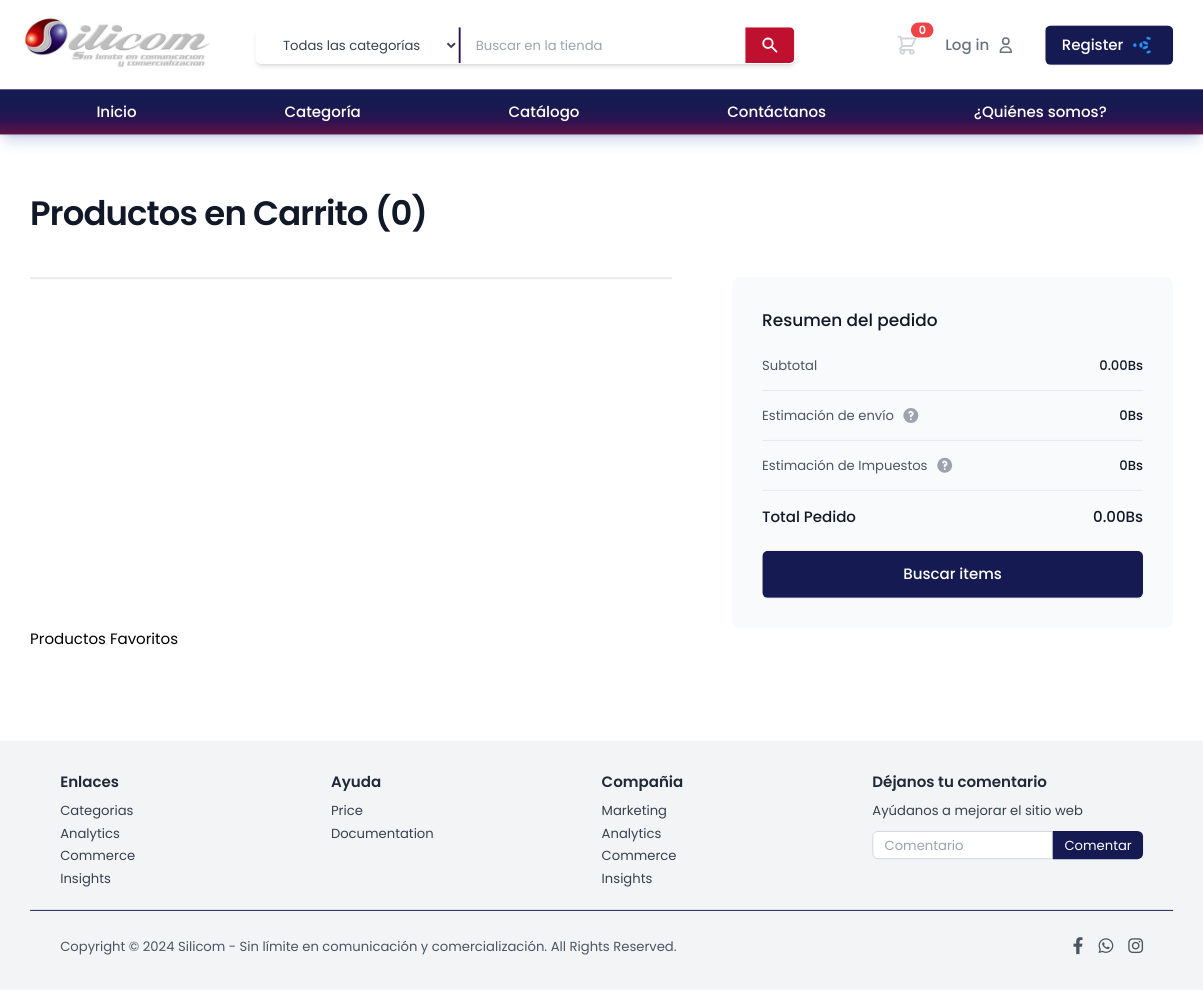
Repository: Francovg18/ecommerce
Page: /cart
These files come from the project's save history. The page is drawn as it stood at one moment and after the next save; the edit follows.
The browser window is 1280 px wide. The pictures show the whole page, at 94% of full size.
The page's requests for data from a server got no answer. The project was rebuilt for these pictures with package versions that can differ from the ones it lists, and the page was loaded fresh each time. No one was signed in, and anything a server would have sent is missing. Also part of the build but not shown: src/componentes/home/Banner.js, src/componentes/home/ProductsArrival.js, src/componentes/home/ProductsSold.js, src/redux/actions/brands.js, src/componentes/home/Brand.js, src/componentes/home/Product.js, src/contenedores/Home.jsx, src/contenedores/errors/Error404.jsx and 33 more.

Above is the page before, as saved 2025-01-22 17:56:57.

After the next save:
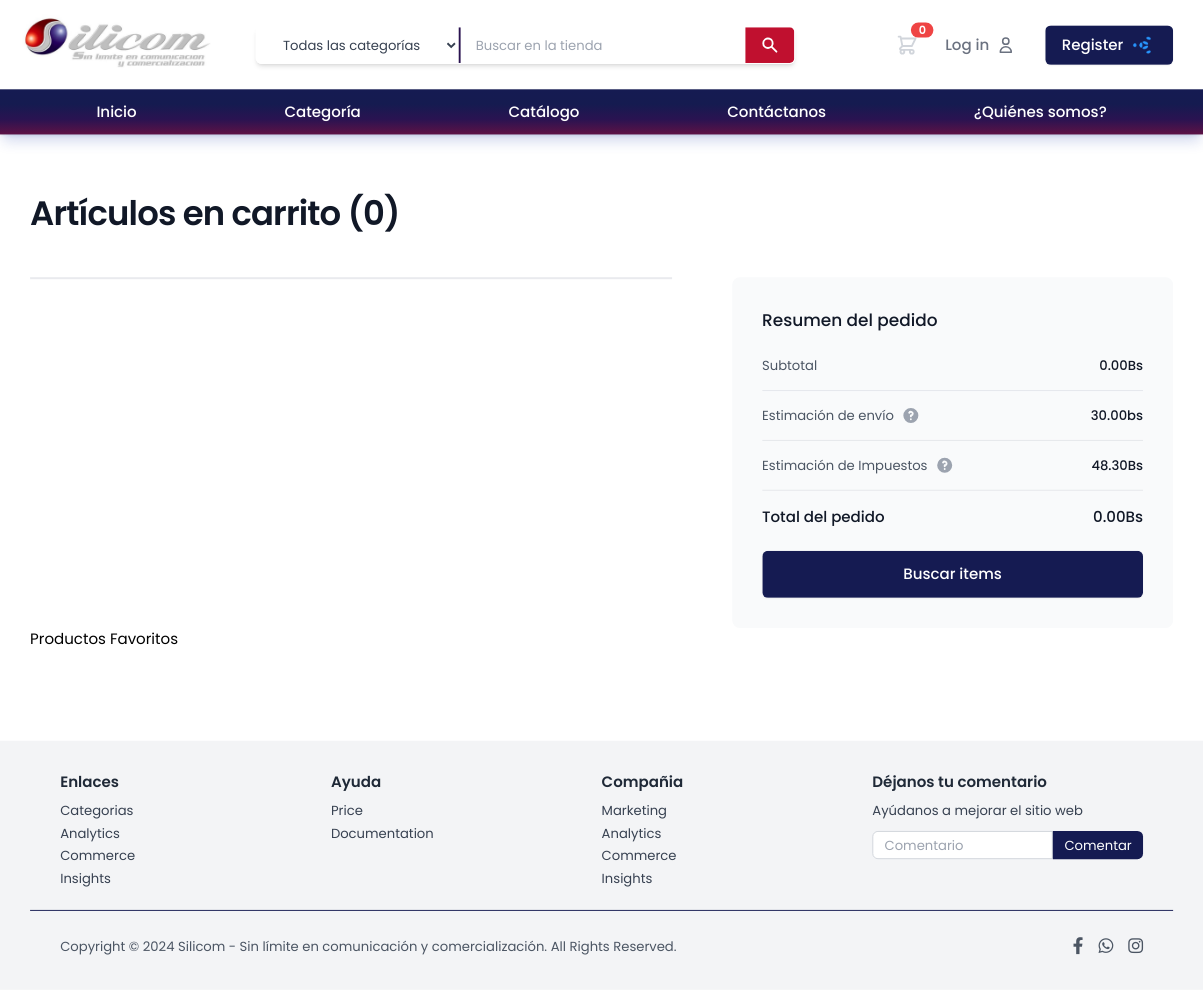
Saved 21 s later.
--- a/src/contenedores/pages/Cart.jsx
+++ b/src/contenedores/pages/Cart.jsx
@@ -42,7 +42,7 @@
         get_items()
         get_total()
         get_item_total()
-    }, [render])
+    }, [get_items, get_total, get_item_total])
 
     const showItems = () => {
         return(
@@ -111,7 +111,7 @@
 
             >
                 <button
-                className="w-full bg-midnight-blue border border-transparent rounded-md shadow-sm py-3 px-4 text-base font-medium text-white hover:bg-indigo-700 focus:outline-none focus:ring-2 focus:ring-offset-2 focus:ring-offset-gray-50 focus:ring-purple-night"
+                className="w-full bg-midnight-blue border border-transparent rounded-md shadow-sm py-3 px-4 text-base font-medium text-white hover:bg-purple-night focus:outline-none focus:ring-2 focus:ring-offset-2 focus:ring-offset-gray-50 focus:ring-purple-night"
             >
                 Buscar items
                 </button>
@@ -127,7 +127,7 @@
                 <button
                 className="w-full bg-midnight-blue border border-transparent rounded-md shadow-sm py-3 px-4 text-base font-medium text-white hover:bg-indigo-700 focus:outline-none focus:ring-2 focus:ring-offset-2 focus:ring-offset-gray-50 focus:ring-purple-night"
             >
-                Login
+                Inicia Sesión
                 </button>
             </Link>
             </>)
@@ -155,11 +155,11 @@
         <Layout>
             <div className="bg-white">
       <div className="max-w-2xl mx-auto pt-16 pb-24 px-4 sm:px-6 lg:max-w-7xl lg:px-8">
-        <h1 className="text-3xl font-extrabold tracking-tight text-gray-900 sm:text-4xl">Productos en Carrito ({total_items})</h1>
+        <h1 className="text-3xl font-extrabold tracking-tight text-gray-900 sm:text-4xl">Artículos en carrito ({total_items})</h1>
         <div className="mt-12 lg:grid lg:grid-cols-12 lg:gap-x-12 lg:items-start xl:gap-x-16">
           <section aria-labelledby="cart-heading" className="lg:col-span-7">
             <h2 id="cart-heading" className="sr-only">
-              Items in your shopping cart
+            Artículos en su carrito de compras
             </h2>
 
             <ul className="border-t border-b border-gray-200 divide-y divide-gray-200">
@@ -172,7 +172,7 @@
             className="mt-16 bg-gray-50 rounded-lg px-4 py-6 sm:p-6 lg:p-8 lg:mt-0 lg:col-span-5"
           >
             <h2 id="summary-heading" className="text-lg font-medium text-gray-900">
-            Resumen del pedido
+              Resumen del pedido
             </h2>
 
             <dl className="mt-6 space-y-4">
@@ -186,11 +186,11 @@
                 <dt className="flex items-center text-sm text-gray-600">
                   <span>Estimación de envío</span>
                   <Link to='' className="ml-2 flex-shrink-0 text-gray-400 hover:text-gray-500">
-                    <span className="sr-only">Learn more about how shipping is calculated</span>
+                    <span className="sr-only">Obtenga más información sobre cómo se calcula el envío</span>
                     <QuestionMarkCircleIcon className="h-5 w-5" aria-hidden="true" />
                   </Link>
                 </dt>
-                <dd className="text-sm font-medium text-gray-900">0Bs</dd>
+                <dd className="text-sm font-medium text-gray-900">30.00bs</dd>
               </div>
 
               <div className="border-t border-gray-200 pt-4 flex items-center justify-between">
@@ -201,11 +201,11 @@
                     <QuestionMarkCircleIcon className="h-5 w-5" aria-hidden="true" />
                   </Link>
                 </dt>
-                <dd className="text-sm font-medium text-gray-900">0Bs</dd>
+                <dd className="text-sm font-medium text-gray-900">48.30Bs</dd>
               </div>
 
               <div className="border-t border-gray-200 pt-4 flex items-center justify-between">
-                <dt className="text-base font-medium text-gray-900">Total Pedido</dt>
+                <dt className="text-base font-medium text-gray-900">Total del pedido</dt>
                 <dd className="text-base font-medium text-gray-900">{amount.toFixed(2)}Bs</dd>
               </div>
             </dl>

After the save that followed:
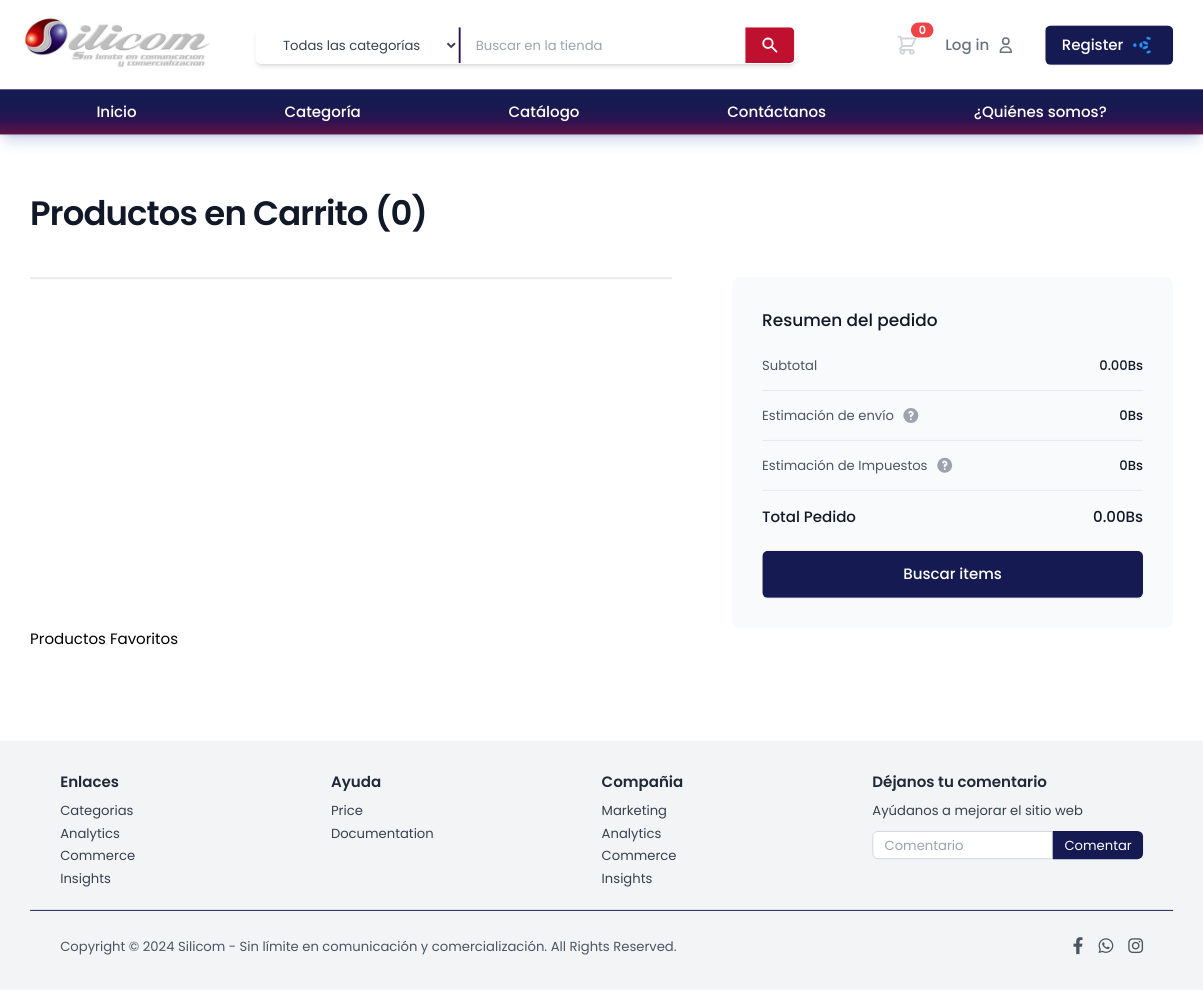
Saved 18 s later.
--- a/src/contenedores/pages/Cart.jsx
+++ b/src/contenedores/pages/Cart.jsx
@@ -42,7 +42,7 @@
         get_items()
         get_total()
         get_item_total()
-    }, [get_items, get_total, get_item_total])
+    }, [render])
 
     const showItems = () => {
         return(
@@ -111,7 +111,7 @@
 
             >
                 <button
-                className="w-full bg-midnight-blue border border-transparent rounded-md shadow-sm py-3 px-4 text-base font-medium text-white hover:bg-purple-night focus:outline-none focus:ring-2 focus:ring-offset-2 focus:ring-offset-gray-50 focus:ring-purple-night"
+                className="w-full bg-midnight-blue border border-transparent rounded-md shadow-sm py-3 px-4 text-base font-medium text-white hover:bg-indigo-700 focus:outline-none focus:ring-2 focus:ring-offset-2 focus:ring-offset-gray-50 focus:ring-purple-night"
             >
                 Buscar items
                 </button>
@@ -127,7 +127,7 @@
                 <button
                 className="w-full bg-midnight-blue border border-transparent rounded-md shadow-sm py-3 px-4 text-base font-medium text-white hover:bg-indigo-700 focus:outline-none focus:ring-2 focus:ring-offset-2 focus:ring-offset-gray-50 focus:ring-purple-night"
             >
-                Inicia Sesión
+                Login
                 </button>
             </Link>
             </>)
@@ -155,11 +155,11 @@
         <Layout>
             <div className="bg-white">
       <div className="max-w-2xl mx-auto pt-16 pb-24 px-4 sm:px-6 lg:max-w-7xl lg:px-8">
-        <h1 className="text-3xl font-extrabold tracking-tight text-gray-900 sm:text-4xl">Artículos en carrito ({total_items})</h1>
+        <h1 className="text-3xl font-extrabold tracking-tight text-gray-900 sm:text-4xl">Productos en Carrito ({total_items})</h1>
         <div className="mt-12 lg:grid lg:grid-cols-12 lg:gap-x-12 lg:items-start xl:gap-x-16">
           <section aria-labelledby="cart-heading" className="lg:col-span-7">
             <h2 id="cart-heading" className="sr-only">
-            Artículos en su carrito de compras
+              Items in your shopping cart
             </h2>
 
             <ul className="border-t border-b border-gray-200 divide-y divide-gray-200">
@@ -172,7 +172,7 @@
             className="mt-16 bg-gray-50 rounded-lg px-4 py-6 sm:p-6 lg:p-8 lg:mt-0 lg:col-span-5"
           >
             <h2 id="summary-heading" className="text-lg font-medium text-gray-900">
-              Resumen del pedido
+            Resumen del pedido
             </h2>
 
             <dl className="mt-6 space-y-4">
@@ -186,11 +186,11 @@
                 <dt className="flex items-center text-sm text-gray-600">
                   <span>Estimación de envío</span>
                   <Link to='' className="ml-2 flex-shrink-0 text-gray-400 hover:text-gray-500">
-                    <span className="sr-only">Obtenga más información sobre cómo se calcula el envío</span>
+                    <span className="sr-only">Learn more about how shipping is calculated</span>
                     <QuestionMarkCircleIcon className="h-5 w-5" aria-hidden="true" />
                   </Link>
                 </dt>
-                <dd className="text-sm font-medium text-gray-900">30.00bs</dd>
+                <dd className="text-sm font-medium text-gray-900">0Bs</dd>
               </div>
 
               <div className="border-t border-gray-200 pt-4 flex items-center justify-between">
@@ -201,11 +201,11 @@
                     <QuestionMarkCircleIcon className="h-5 w-5" aria-hidden="true" />
                   </Link>
                 </dt>
-                <dd className="text-sm font-medium text-gray-900">48.30Bs</dd>
+                <dd className="text-sm font-medium text-gray-900">0Bs</dd>
               </div>
 
               <div className="border-t border-gray-200 pt-4 flex items-center justify-between">
-                <dt className="text-base font-medium text-gray-900">Total del pedido</dt>
+                <dt className="text-base font-medium text-gray-900">Total Pedido</dt>
                 <dd className="text-base font-medium text-gray-900">{amount.toFixed(2)}Bs</dd>
               </div>
             </dl>
